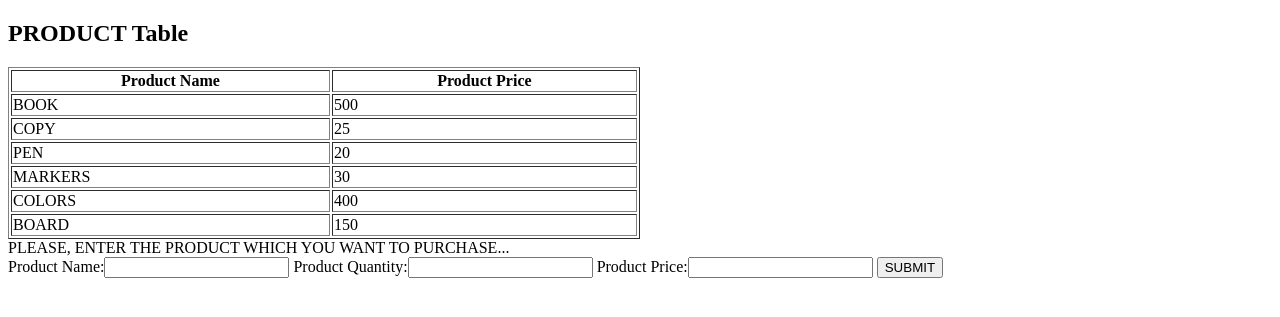
Repository: Muskan-Garg696/muskan_training
Page: WebApplicationProject1/CheckAge/WebContent/Home.html
These files come from the project's save history. The page is drawn as it stood at one moment and after the next save; the edit follows.
The browser window is 1280 px wide. The pictures show the whole page.

Above is the page before, as saved 2019-09-06 10:34:00.

### WebApplicationProject1/CheckAge/WebContent/Home.html
<!DOCTYPE html>
<html>
<head>
<meta charset="ISO-8859-1">
<title>Insert title here</title>
</head>
<body>

<h2>PRODUCT Table</h2>

<table WIDTH='50%' BORDER='1PX'>
  <tr>
    <th>Product Name</th>

    <th>Product Price</th>
  </tr>
  <tr>
    <td>BOOK</td>

    <td>500</td>
  </tr>
  <tr>
    <td>COPY</td>

    <td>25</td>
  </tr>
  <tr>
    <td>PEN</td>

    <td>20</td>
  </tr>

  <tr>
    <td>MARKERS</td>

    <td>30</td>
  </tr>
  <tr>
    <td>COLORS</td>

    <td>400</td>
  </tr>
  <tr>
    <td>BOARD</td>

    <td>150</td>
  </tr>
</table>

PLEASE,
ENTER THE PRODUCT WHICH YOU WANT TO PURCHASE...
<form action="CheckAge" method="post">
Product Name:<input type="text" name="name" >
Product Quantity:<input type="text" name="quantity" >
Product Price:<input type="text" name="price" >
<INPUT TYPE="SUBMIT" NAME="SUBMIT" VALUE="SUBMIT">


</form>
</body>
</html>

After the next save:
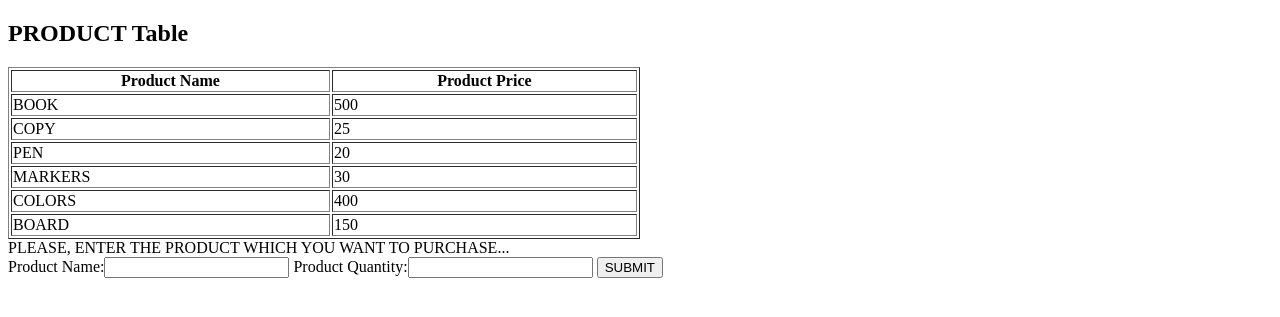
Saved 55 s later.
--- a/WebApplicationProject1/CheckAge/WebContent/Home.html
+++ b/WebApplicationProject1/CheckAge/WebContent/Home.html
@@ -52,7 +52,7 @@
 <form action="CheckAge" method="post">
 Product Name:<input type="text" name="name" >
 Product Quantity:<input type="text" name="quantity" >
-Product Price:<input type="text" name="price" >
+
 <INPUT TYPE="SUBMIT" NAME="SUBMIT" VALUE="SUBMIT">
 
 

After the save that followed:
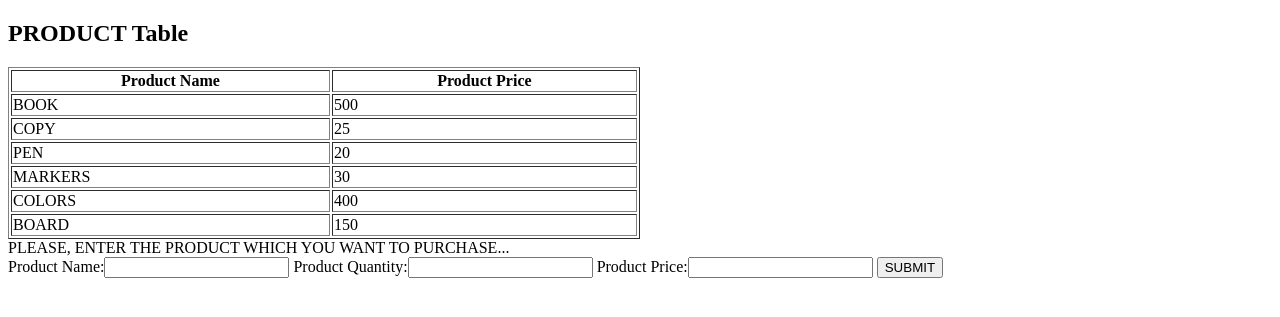
Saved 9 min 49 s later.
--- a/WebApplicationProject1/CheckAge/WebContent/Home.html
+++ b/WebApplicationProject1/CheckAge/WebContent/Home.html
@@ -52,7 +52,7 @@
 <form action="CheckAge" method="post">
 Product Name:<input type="text" name="name" >
 Product Quantity:<input type="text" name="quantity" >
-
+Product Price:<input type="text" name="price" >
 <INPUT TYPE="SUBMIT" NAME="SUBMIT" VALUE="SUBMIT">
 
 
